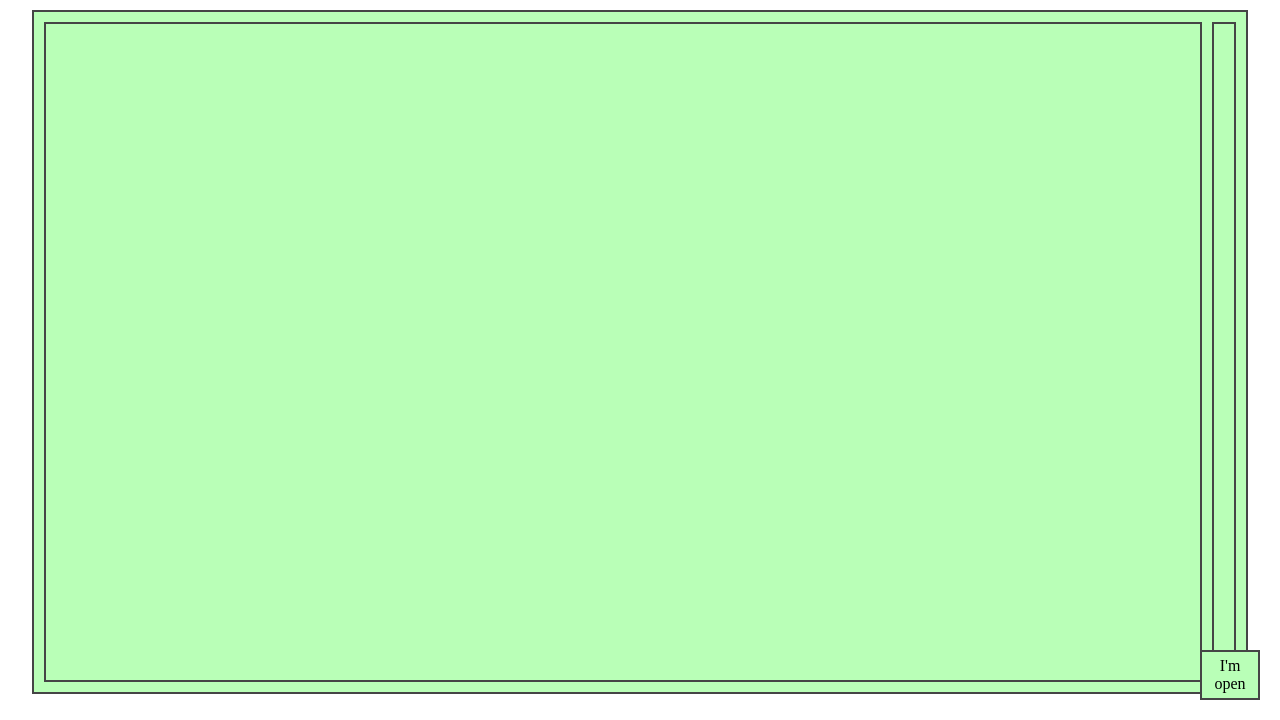
Repository: tannerbroberts/tannerbroberts.github.io
Page: /
An editor plug-in stored every save of this project. The page is shown before and after a run of saves, followed by the edit.
The browser window is 1280 px wide. The pictures show the whole page.
The project was rebuilt for these pictures with package versions that can differ from the ones it lists, and the page was loaded fresh each time. Also part of the build but not shown: vite.config.ts.

Above is the page before, as saved 2022-10-04 10:11:14.

After the next 3 saves:
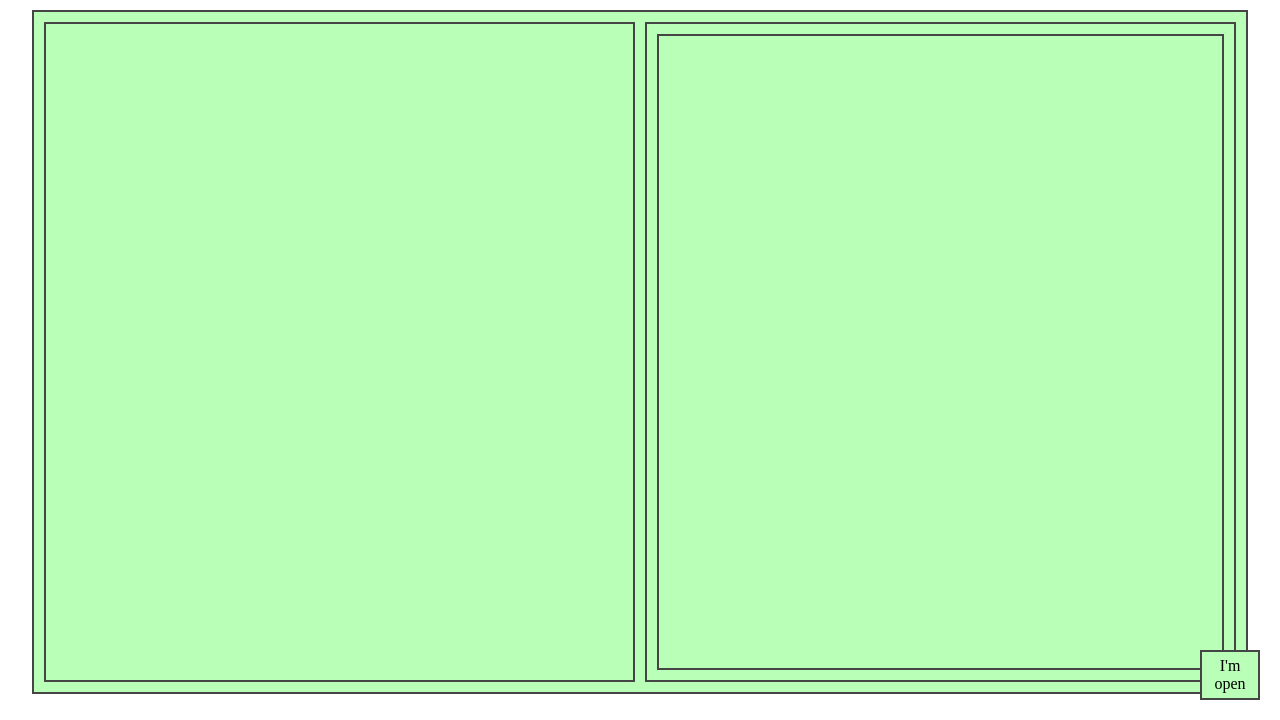
The 3 saves are shown as one change because 1 did not build or start and some came seconds apart.
The last was saved 17 s later.
--- a/src/components/Shelf/Shelf.js
+++ b/src/components/Shelf/Shelf.js
@@ -22,7 +22,7 @@ export default function Shelf() {
 	const { shelfOpen } = useATP_StateContext()
 
 	return (
-		<div>
+		<div style={shelfCSS(shelfOpen)}>
 			<div style={shelfContentCSS(shelfOpen)}></div> {/** content area */}
 			<ShelfToggle />
 		</div>
